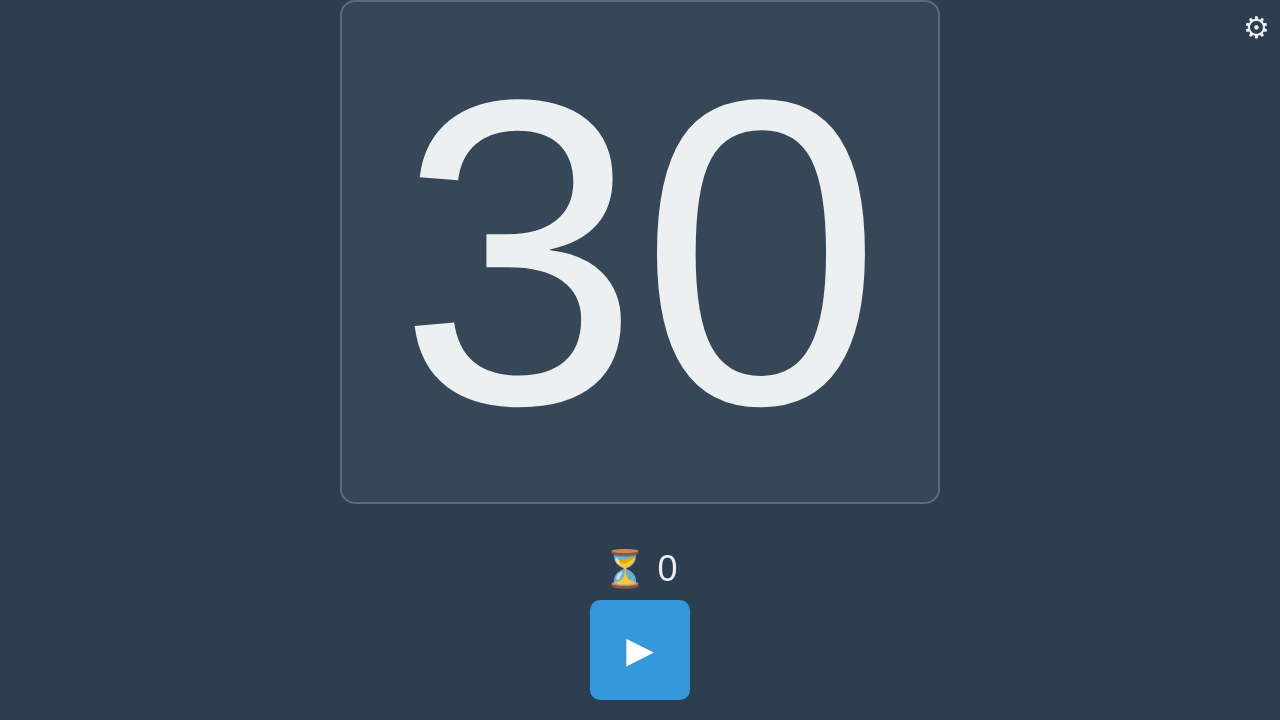
Repository: STnaidoo/poker-shot-clock
Page: index.html
The author's editor kept a copy of each file at every save. The page is drawn from the files as they stood at one save, then again after the next save.
The browser window is 1280 px wide. The pictures show the whole page.

Above is the page before, as saved 2024-10-31 17:34:25.

### index.html
<!DOCTYPE html>
<html>
<head>
    <title>Poker Shot Clock</title>
    <style>
        body {
            display: flex;
            flex-direction: column;
            height: 100vh;
            margin: 0;
            font-family: Arial, sans-serif;
            background-color: #2c3e50;
            color: #ecf0f1;
            text-align: center;
            overflow: hidden; /* Prevent scrolling */
            position: relative;
        }

        #settingsIcon {
            position: absolute;
            top: 10px;
            right: 10px;
            font-size: 30px;
            cursor: pointer;
            z-index: 1;
        }

        #mainContent {
            flex-shrink: 0;
            display: flex;
            align-items: center;
            justify-content: center;
            height: 70vh; /* Fixed height for timer container */
        }

        #timerContainer {
            position: relative;
            cursor: pointer;
            user-select: none;
            padding: 20px;
            border-radius: 15px;
            border: 2px solid rgba(255, 255, 255, 0.2);
            background-color: rgba(255, 255, 255, 0.05);
            transition: border-color 0.3s, background-color 0.3s;
            width: 90%;
            max-width: 600px;
            height: 100%; /* Fill the height of mainContent */
            box-sizing: border-box;
            display: flex;
            align-items: center;
            justify-content: center;
        }

        #timerContainer:hover {
            border-color: #f1c40f;
            background-color: rgba(241, 196, 15, 0.1);
        }

        #timer {
            font-size: 100px; /* Initial font size */
            line-height: 1;
            margin: 0;
            padding: 0;
            color: #ecf0f1;
            transition: color 0.3s;
            text-align: center;
            white-space: nowrap;
            overflow: hidden;
            text-overflow: ellipsis;
        }

        #timerContainer:hover #timer {
            color: #f1c40f;
        }

        #bottomContent {
            flex-shrink: 0;
            padding-bottom: 20px;
            display: flex;
            flex-direction: column;
            align-items: center;
            margin-top: auto; /* Push to bottom */
        }

        #timeBanks {
            font-size: 5vh;
            margin-bottom: 10px;
            display: flex;
            align-items: center;
            justify-content: center;
        }

        #timeBanksIcon {
            font-size: 5vh;
            margin-right: 10px;
        }

        #buttons {
            display: flex;
            justify-content: center;
        }

        .button {
            font-size: 5vh;
            width: 100px;
            height: 100px;
            margin: 0;
            background-color: #3498db;
            border: none;
            color: #fff;
            cursor: pointer;
            border-radius: 10px;
            display: flex;
            align-items: center;
            justify-content: center;
        }

        .button:active {
            background-color: #2980b9;
        }

        /* Responsive adjustments for smaller screens */
        @media (max-width: 768px) {
            #mainContent {
                height: 60vh; /* Adjusted height for smaller screens */
            }

            #timer {
                font-size: 80px; /* Initial smaller font size */
            }

            #timeBanks {
                font-size: 4vh;
            }

            #timeBanksIcon {
                font-size: 4vh;
            }

            .button {
                width: 80px;
                height: 80px;
                font-size: 4vh;
            }
        }
    </style>
</head>
<body>

    <div id="settingsIcon">⚙</div>

    <div id="mainContent">
        <div id="timerContainer">
            <div id="timer">30</div>
        </div>
    </div>

    <div id="bottomContent">
        <div id="timeBanks">
            <div id="timeBanksIcon">⏳</div>
            <div id="timeBanksText">0</div>
        </div>

        <div id="buttons">
            <button id="toggleButton" class="button">▶</button>
        </div>
    </div>

    <script>
        var timerDisplay = document.getElementById('timer');
        var timeBanksText = document.getElementById('timeBanksText');
        var toggleButton = document.getElementById('toggleButton');
        var settingsIcon = document.getElementById('settingsIcon');
        var timerContainer = document.getElementById('timerContainer');

        var timeLeft;
        var initialTime;
        var timerId;
        var isRunning = false;
        var timeBanksOwed = 0;

        // Load the timer duration from localStorage or use default
        if (localStorage.getItem('timerDuration')) {
            initialTime = parseInt(localStorage.getItem('timerDuration'));
        } else {
            initialTime = 30; // default value
        }
        timeLeft = initialTime;

        // Initialize timer display
        updateTimerDisplay();

        toggleButton.addEventListener('click', function() {
            if (!isRunning) {
                timerId = setInterval(countdown, 1000);
                isRunning = true;
                toggleButton.textContent = '⏸';
            } else {
                clearInterval(timerId);
                document.body.style.backgroundColor = '#2c3e50'; // Reset background color
                isRunning = false;
                toggleButton.textContent = '▶';
            }
        });

        timerContainer.addEventListener('click', resetTimer);

        settingsIcon.addEventListener('click', function() {
            window.location.href = 'settings.html';
        });

        function countdown() {
            // Decrement timeLeft
            timeLeft--;

            if (timeLeft >= 0) {
                updateTimerDisplay();
            }

            if (timeLeft <= 5 && timeLeft >= 0) {
                // Flash red on the second
                document.body.style.backgroundColor = '#e74c3c'; // Flash red
                playTick();

                // Return to original color after half a second
                setTimeout(function() {
                    document.body.style.backgroundColor = '#2c3e50'; // Original color
                }, 500);
            } else {
                // Ensure background color is set to default if not flashing
                document.body.style.backgroundColor = '#2c3e50';
            }

            if (timeLeft < 0) {
                // Time has expired
                timeBanksOwed++;
                updateTimeBanksDisplay();
                playBeep();

                // Reset timer
                timeLeft = initialTime;
                updateTimerDisplay();
                document.body.style.backgroundColor = '#2c3e50';
            }
        }

        function playBeep() {
            var context = new (window.AudioContext || window.webkitAudioContext)();
            var oscillator = context.createOscillator();
            var gainNode = context.createGain();

            oscillator.type = "triangle";
            oscillator.frequency.setValueAtTime(260, context.currentTime); // Slightly higher frequency

            gainNode.gain.setValueAtTime(1, context.currentTime);
            gainNode.gain.exponentialRampToValueAtTime(0.001, context.currentTime + 0.5); // Smooth fade out

            oscillator.connect(gainNode);
            gainNode.connect(context.destination);

            oscillator.start();
            oscillator.stop(context.currentTime + 0.5); // Longer duration
        }

        function playTick() {
            var context = new (window.AudioContext || window.webkitAudioContext)();
            var oscillator = context.createOscillator();
            oscillator.type = "square";
            oscillator.frequency.setValueAtTime(880, context.currentTime); // Higher frequency for tick
            oscillator.connect(context.destination);
            oscillator.start();
            oscillator.stop(context.currentTime + 0.05); // Tick duration in seconds
        }

        function playRestartSound() {
            var context = new (window.AudioContext || window.webkitAudioContext)();

            // Create a buffer with white noise
            var bufferSize = context.sampleRate * 0.03; // 30ms duration
            var buffer = context.createBuffer(1, bufferSize, context.sampleRate);
            var data = buffer.getChannelData(0);

            for (var i = 0; i < bufferSize; i++) {
                data[i] = (Math.random() * 2 - 1) * Math.pow(1 - i / bufferSize, 2); // Exponential decay
            }

            // First noise burst
            var noise1 = context.createBufferSource();
            noise1.buffer = buffer;
            noise1.connect(context.destination);
            noise1.start(context.currentTime);

            // Second noise burst, shortly after the first
            var noise2 = context.createBufferSource();
            noise2.buffer = buffer;
            noise2.connect(context.destination);
            noise2.start(context.currentTime + 0.2); // 200 milliseconds later
        }

        function resetTimer() {
            clearInterval(timerId);
            timeLeft = initialTime;
            updateTimerDisplay();
            document.body.style.backgroundColor = '#2c3e50'; // Reset background color
            playRestartSound(); // Play restart sound
            isRunning = true;
            timerId = setInterval(countdown, 1000);
            toggleButton.textContent = '⏸';

            // Reset time banks owed to zero
            timeBanksOwed = 0;
            updateTimeBanksDisplay();
        }

        function updateTimeBanksDisplay() {
            timeBanksText.textContent = timeBanksOwed;
        }

        function updateTimerDisplay() {
            timerDisplay.textContent = timeLeft;
            adjustFontSize();
        }

        function adjustFontSize() {
            // Reset font size to a large value
            timerDisplay.style.fontSize = '1000px';
            timerDisplay.style.lineHeight = '1';

            // Get the parent container dimensions
            var containerWidth = timerContainer.clientWidth - 40; // Subtract padding and border
            var containerHeight = timerContainer.clientHeight - 40;

            // Reduce font size until it fits
            var fontSize = 1000; // Start large
            timerDisplay.style.fontSize = fontSize + 'px';
            var timerWidth = timerDisplay.scrollWidth;
            var timerHeight = timerDisplay.scrollHeight;

            while ((timerWidth > containerWidth || timerHeight > containerHeight) && fontSize > 10) {
                fontSize -= 1;
                timerDisplay.style.fontSize = fontSize + 'px';
                timerWidth = timerDisplay.scrollWidth;
                timerHeight = timerDisplay.scrollHeight;
            }
        }

        // Adjust font size on window resize
        window.addEventListener('resize', adjustFontSize);

    </script>

</body>
</html>

After the next save:
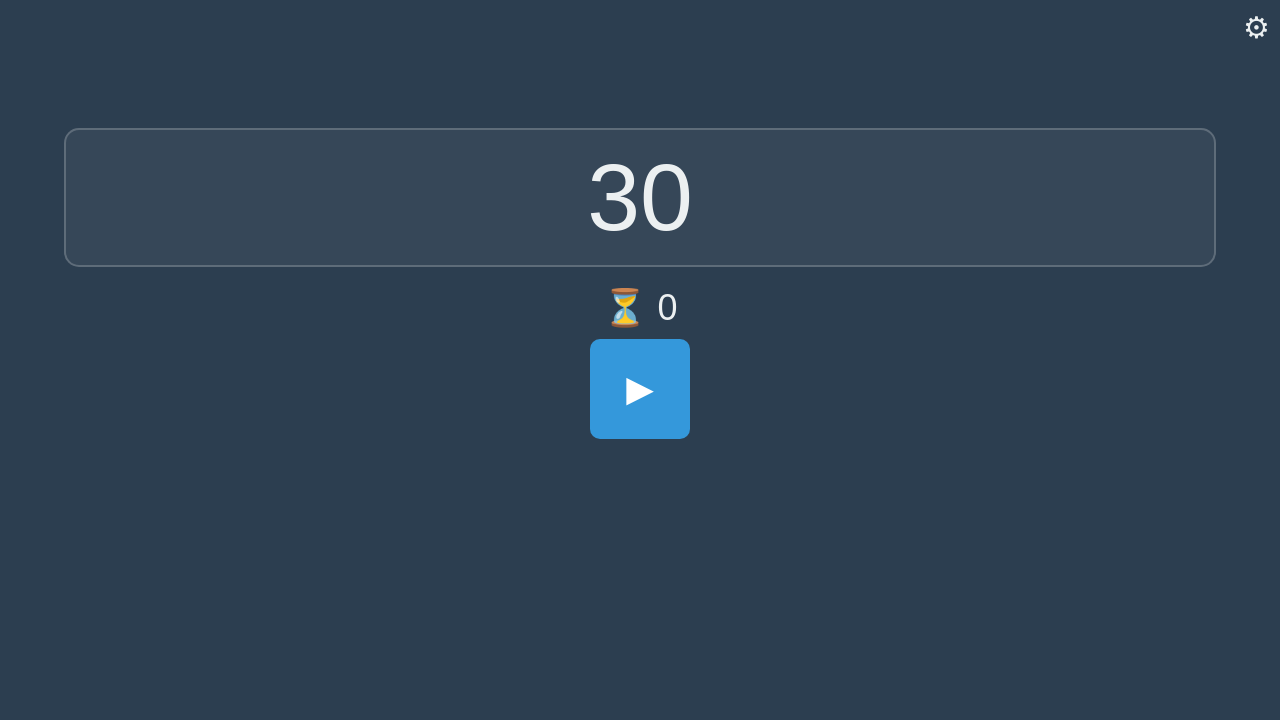
Saved 4 min 17 s later.
--- a/index.html
+++ b/index.html
@@ -12,7 +12,7 @@
             background-color: #2c3e50;
             color: #ecf0f1;
             text-align: center;
-            overflow: hidden; /* Prevent scrolling */
+            overflow: hidden;
             position: relative;
         }
 
@@ -30,7 +30,7 @@
             display: flex;
             align-items: center;
             justify-content: center;
-            height: 70vh; /* Fixed height for timer container */
+            margin-top: 10%;
         }
 
         #timerContainer {
@@ -43,8 +43,6 @@
             background-color: rgba(255, 255, 255, 0.05);
             transition: border-color 0.3s, background-color 0.3s;
             width: 90%;
-            max-width: 600px;
-            height: 100%; /* Fill the height of mainContent */
             box-sizing: border-box;
             display: flex;
             align-items: center;
@@ -75,11 +73,10 @@
 
         #bottomContent {
             flex-shrink: 0;
-            padding-bottom: 20px;
             display: flex;
             flex-direction: column;
             align-items: center;
-            margin-top: auto; /* Push to bottom */
+            margin-top: 20px; /* Small gap for readability */
         }
 
         #timeBanks {
@@ -121,10 +118,6 @@
 
         /* Responsive adjustments for smaller screens */
         @media (max-width: 768px) {
-            #mainContent {
-                height: 60vh; /* Adjusted height for smaller screens */
-            }
-
             #timer {
                 font-size: 80px; /* Initial smaller font size */
             }
@@ -322,20 +315,20 @@
         }
 
         function adjustFontSize() {
-            // Reset font size to a large value
-            timerDisplay.style.fontSize = '1000px';
+            // Start with initial font size
+            var fontSize = parseInt(getComputedStyle(timerDisplay).fontSize);
+            timerDisplay.style.fontSize = fontSize + 'px';
             timerDisplay.style.lineHeight = '1';
 
             // Get the parent container dimensions
             var containerWidth = timerContainer.clientWidth - 40; // Subtract padding and border
             var containerHeight = timerContainer.clientHeight - 40;
 
-            // Reduce font size until it fits
-            var fontSize = 1000; // Start large
-            timerDisplay.style.fontSize = fontSize + 'px';
+            // Check if content overflows
             var timerWidth = timerDisplay.scrollWidth;
             var timerHeight = timerDisplay.scrollHeight;
 
+            // Decrease font size only if necessary
             while ((timerWidth > containerWidth || timerHeight > containerHeight) && fontSize > 10) {
                 fontSize -= 1;
                 timerDisplay.style.fontSize = fontSize + 'px';

After the save that followed:
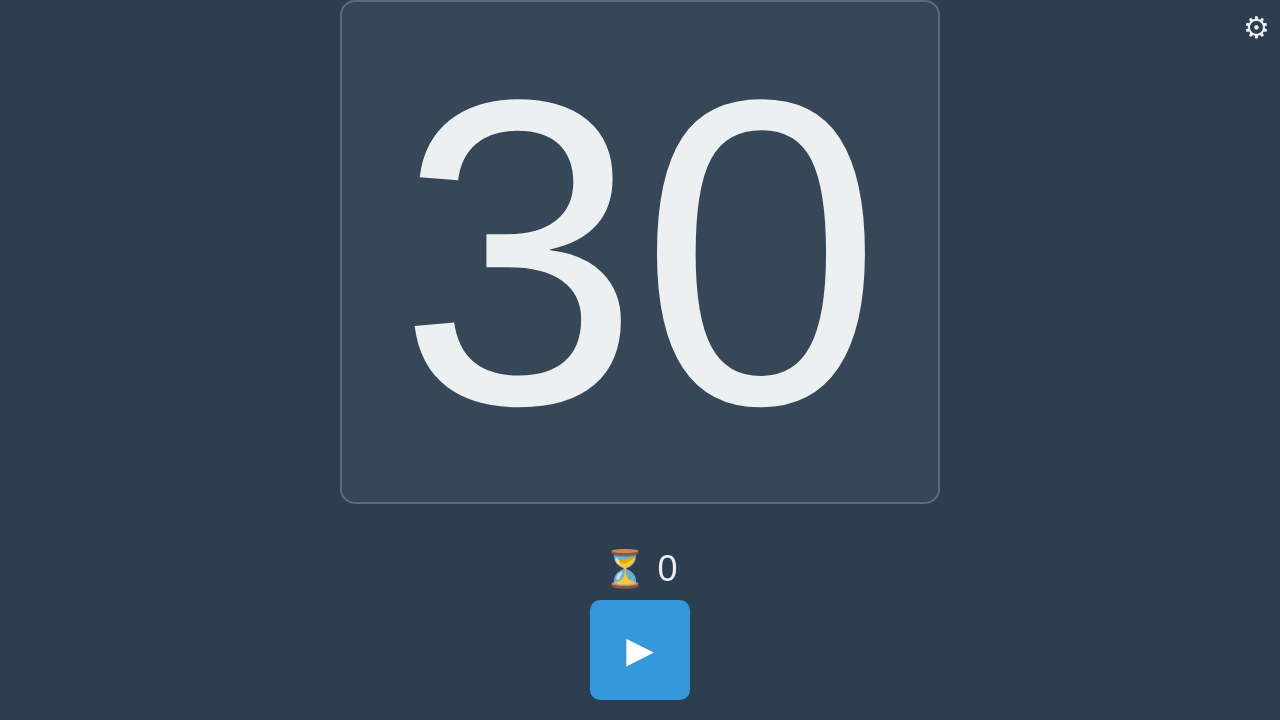
Saved 27 s later.
--- a/index.html
+++ b/index.html
@@ -12,7 +12,7 @@
             background-color: #2c3e50;
             color: #ecf0f1;
             text-align: center;
-            overflow: hidden;
+            overflow: hidden; /* Prevent scrolling */
             position: relative;
         }
 
@@ -30,7 +30,7 @@
             display: flex;
             align-items: center;
             justify-content: center;
-            margin-top: 10%;
+            height: 70vh; /* Fixed height for timer container */
         }
 
         #timerContainer {
@@ -43,6 +43,8 @@
             background-color: rgba(255, 255, 255, 0.05);
             transition: border-color 0.3s, background-color 0.3s;
             width: 90%;
+            max-width: 600px;
+            height: 100%; /* Fill the height of mainContent */
             box-sizing: border-box;
             display: flex;
             align-items: center;
@@ -73,10 +75,11 @@
 
         #bottomContent {
             flex-shrink: 0;
+            padding-bottom: 20px;
             display: flex;
             flex-direction: column;
             align-items: center;
-            margin-top: 20px; /* Small gap for readability */
+            margin-top: auto; /* Push to bottom */
         }
 
         #timeBanks {
@@ -118,6 +121,10 @@
 
         /* Responsive adjustments for smaller screens */
         @media (max-width: 768px) {
+            #mainContent {
+                height: 60vh; /* Adjusted height for smaller screens */
+            }
+
             #timer {
                 font-size: 80px; /* Initial smaller font size */
             }
@@ -315,20 +322,20 @@
         }
 
         function adjustFontSize() {
-            // Start with initial font size
-            var fontSize = parseInt(getComputedStyle(timerDisplay).fontSize);
-            timerDisplay.style.fontSize = fontSize + 'px';
+            // Reset font size to a large value
+            timerDisplay.style.fontSize = '1000px';
             timerDisplay.style.lineHeight = '1';
 
             // Get the parent container dimensions
             var containerWidth = timerContainer.clientWidth - 40; // Subtract padding and border
             var containerHeight = timerContainer.clientHeight - 40;
 
-            // Check if content overflows
+            // Reduce font size until it fits
+            var fontSize = 1000; // Start large
+            timerDisplay.style.fontSize = fontSize + 'px';
             var timerWidth = timerDisplay.scrollWidth;
             var timerHeight = timerDisplay.scrollHeight;
 
-            // Decrease font size only if necessary
             while ((timerWidth > containerWidth || timerHeight > containerHeight) && fontSize > 10) {
                 fontSize -= 1;
                 timerDisplay.style.fontSize = fontSize + 'px';
